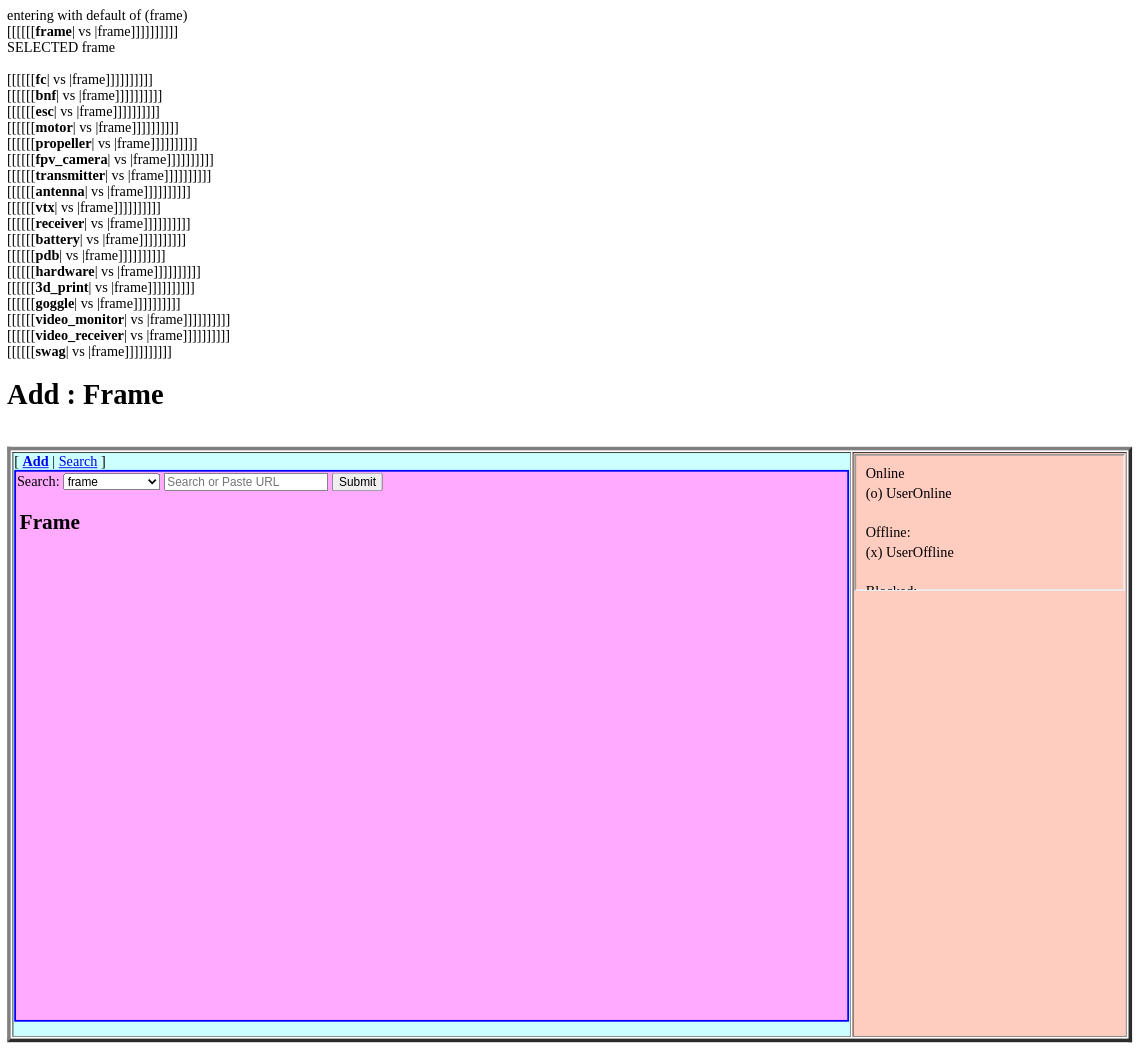
Repository: nevinleiby/SwapRC
Page: http://localhost/add_interface.php
The author's editor kept a copy of each file at every save. The page is drawn from the files as they stood at one save, then again after the next save.
The browser window is 1280 px wide. The pictures show the whole page, at 89% of full size.
The page is run by PHP 8.4 with error messages shown; the project is at /var/www/html/. Queries for data that is not in the repository find no rows.

Above is the page before, as saved 2019-09-09 12:15:04.
Console error (its wording comes from the project's code and is left out).

After the next save:
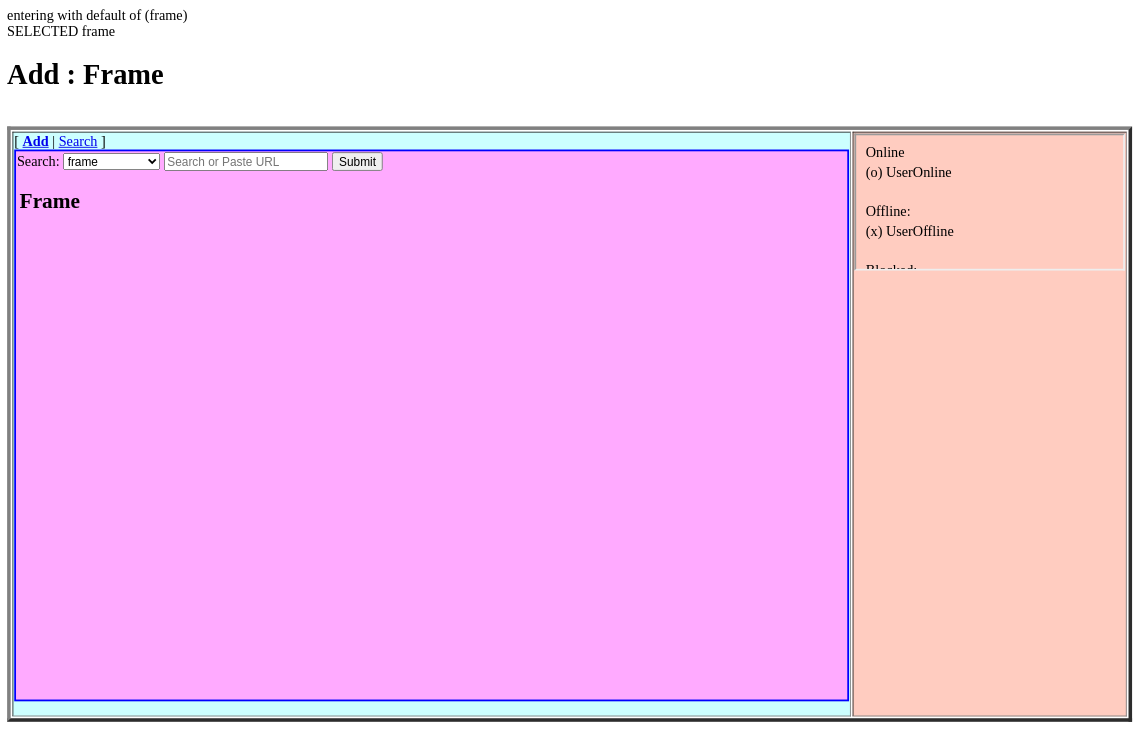
Saved 17 s later.
--- a/add_interface.php
+++ b/add_interface.php
@@ -306,9 +306,7 @@
             {
 
                 $curr_category = $categories[$curr_category];
-
-
-                echo '<br>[[[[[[<b>' . $curr_category . '</b>| vs |' . $category . ']]]]]]]]]]';
+                //echo '<br>[[[[[[<b>' . $curr_category . '</b>| vs |' . $category . ']]]]]]]]]]';
 
                 $return_text .= '<option value = "' . $curr_category . '"';
 
